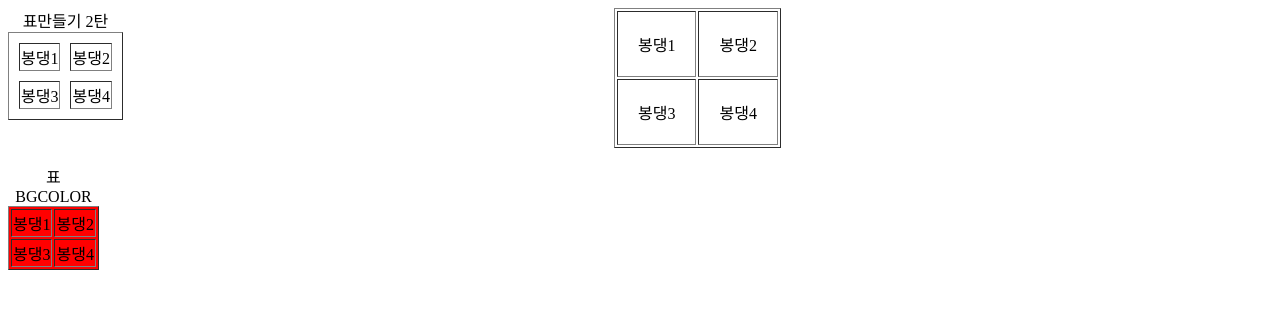
Repository: kisunssong/jsp
Page: http://localhost/test/table2.jsp
These files come from the project's save history. The page is drawn as it stood at one moment and after the next save; the edit follows.
The browser window is 1280 px wide. The pictures show the whole page.
The page is served by Tomcat 9.

Above is the page before, as saved 2020-10-28 14:32:26.

After the next save:
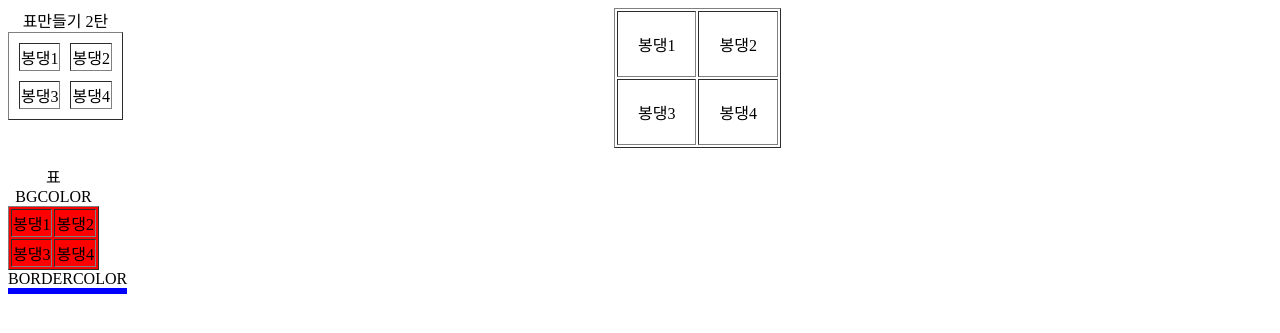
Saved 81 s later.
--- a/test/WebContent/table2.jsp
+++ b/test/WebContent/table2.jsp
@@ -16,9 +16,13 @@
 <TR><TD>봉댕3<TD>봉댕4</TR>
 </TABLE><P>
 
-<TABLE BORDER ="1" BGCOLOR="RED">
+<TABLE BORDER="1" BGCOLOR="RED">
 <CAPTION ALIGN="TOP">표 BGCOLOR</CAPTION>
 <TR><TD>봉댕1<TD>봉댕2</TR>
 <TR><TD>봉댕3<TD>봉댕4</TR>
 </TABLE>
+
+<TABLE BORDER="3" BORDERCOLOR="BLUE">
+<CAPTION ALIGN="TOP">BORDERCOLOR</CAPTION>
+</TABLE>
 </HTML>
